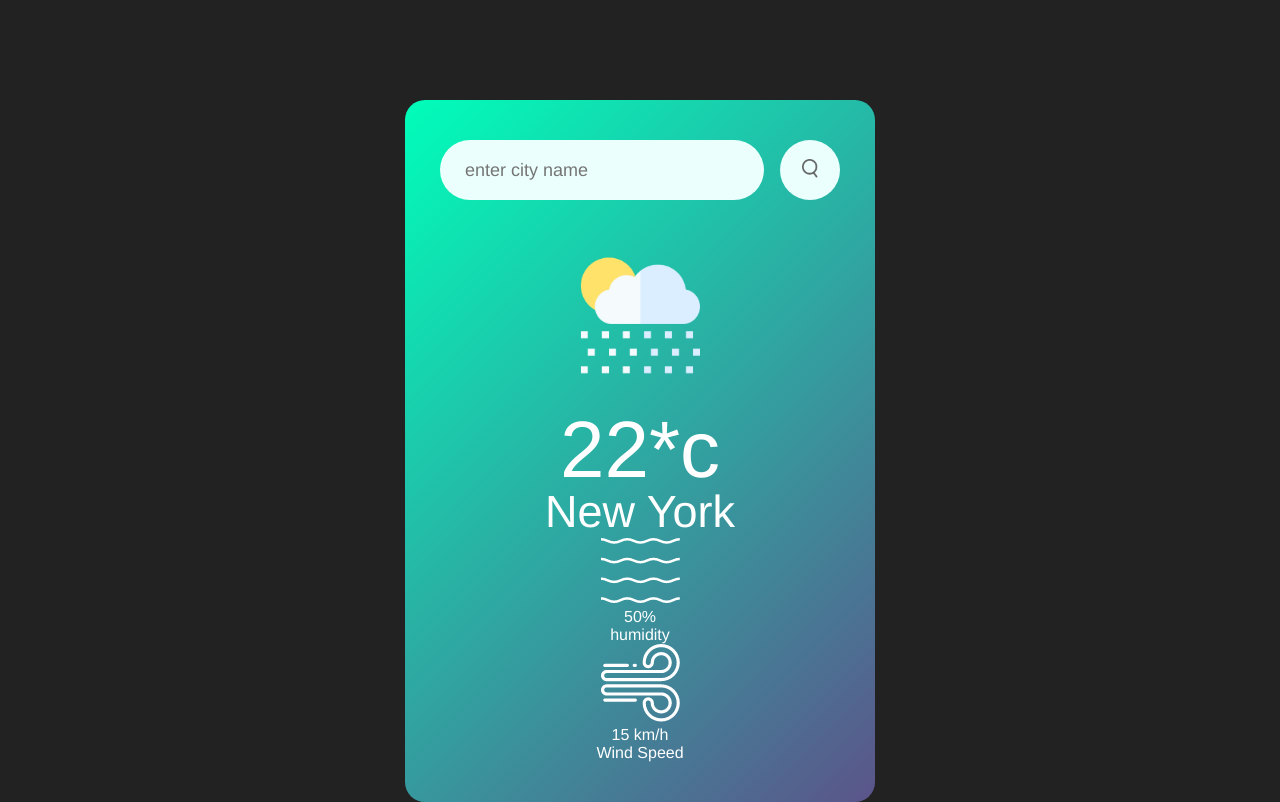
Repository: sodmaq/weatherApp
Page: index.html
These files come from the project's save history. The page is drawn as it stood at one moment and after a run of saves; the edit follows.
The browser window is 1280 px wide. The pictures show the whole page.

Above is the page before, as saved 2023-06-24 22:32:26.

### index.html
<!DOCTYPE html>
<html lang="en">
  <head>
    <meta charset="UTF-8" />
    <meta name="viewport" content="width=device-width, initial-scale=1.0" />
    <link rel="stylesheet" href="style.css" />
    <title>Weather App</title>
  </head>
  <body>
    <div class="card">
      <div class="search">
        <input type="text" placeholder="enter city name" spellcheck="false" />
        <button><img src="images/search.png" alt="search_icon" /></button>
      </div>
      <div class="weather">
        <img src="images/rain.png" alt="rain_icon" class="weather-icon" />
        <h1 class="temp">22*c</h1>
        <h2 class="city">New York</h2>
        <div class="details">
          <div class="col">
            <img src="images/humidity.png" alt="humidity_icon" />
            <div>
              <p class="humidity">50%</p>
              <p>humidity</p>
            </div>

            <div class="col">
                <img src="images/wind.png" alt="wind_icon" />
                <div>
                  <p class="Wind">15 km/h</p>
                  <p>Wind Speed</p>
                </div>
          </div>
        </div>
      </div>
    </div>
  </body>
</html>

### style.css
* {
  margin: 0;
  padding: 0;
  font-family: "Franklin Gothic Medium", "Arial Narrow", Arial, sans-serif;
  box-sizing: border-box;
}
body {
  background-color: #222;
}

.card {
  width: 90%;
  max-width: 470px;
  background: linear-gradient(135deg, #00feba, #5b548a);
  color: #fff;
  margin: 100px auto 0;
  border-radius: 20px;
  padding: 40px 35px;
  text-align: center;
}
.search {
  width: 100%;
  display: flex;
  align-items: center;
  justify-content: space-between;
}

.search input {
  border: 0;
  outline: 0;
  background: #ebfffc;
  color: #555;
  padding: 10px 25px;
  height: 60px;
  border-radius: 30px;
  flex: 1;
  margin-right: 16px;
  font-size: 18px;
}
.search button {
  border: 0;
  outline: 0;
  background: #ebfffc;
  border-radius: 50%;
  width: 60px;
  height: 60px;
  cursor: pointer;
}
.search button img {
  width: 16px;
}
.weather-icon {
  width: 170px;
  margin-top: 30px;
}
.weather h1 {
  font-size: 80px;
  font-weight: 500;
}

.weather h2 {
  font-size: 45px;
  font-weight: 400;
  margin-top: -10px;
}

After the next 6 saves:
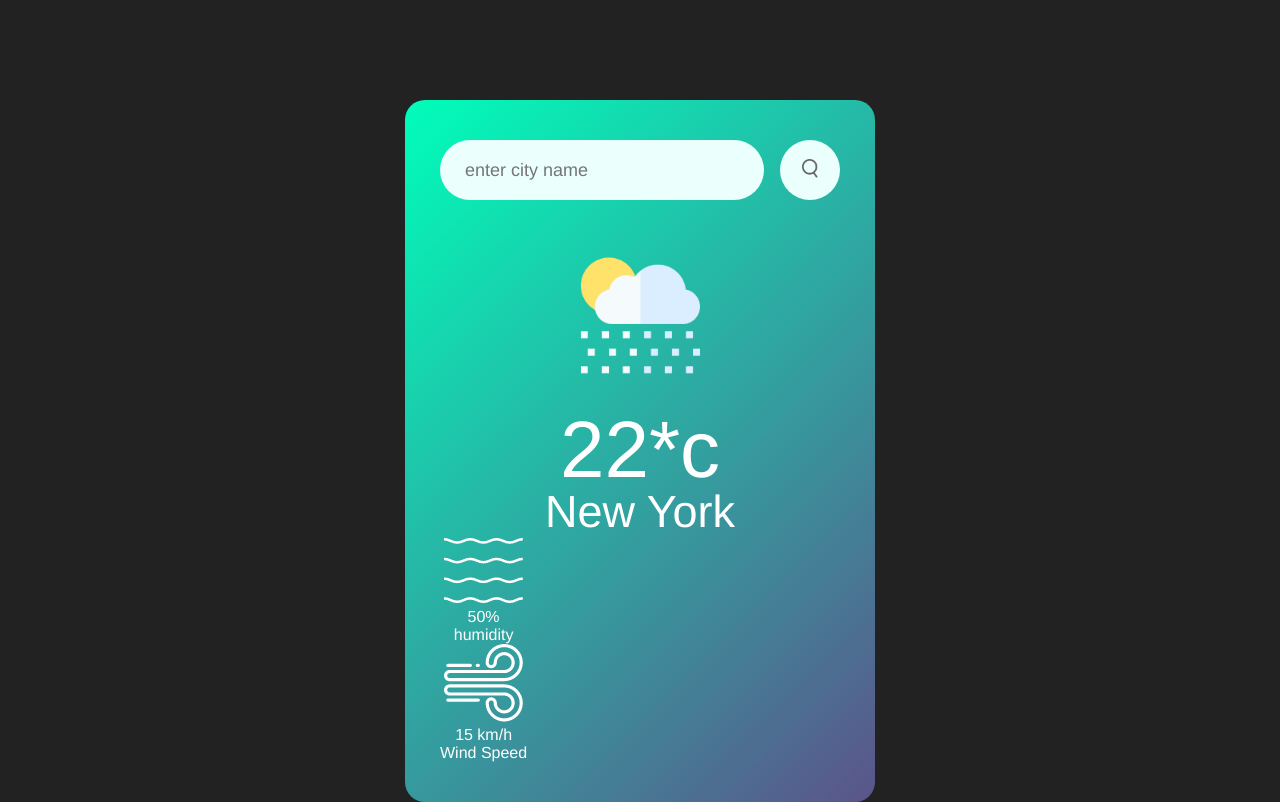
The 6 saves are shown as one change because they came seconds apart.
The last was saved 3 min 9 s later.
--- a/style.css
+++ b/style.css
@@ -63,3 +63,7 @@ body {
   font-weight: 400;
   margin-top: -10px;
 }
+
+.details {
+  display: flex;
+}
